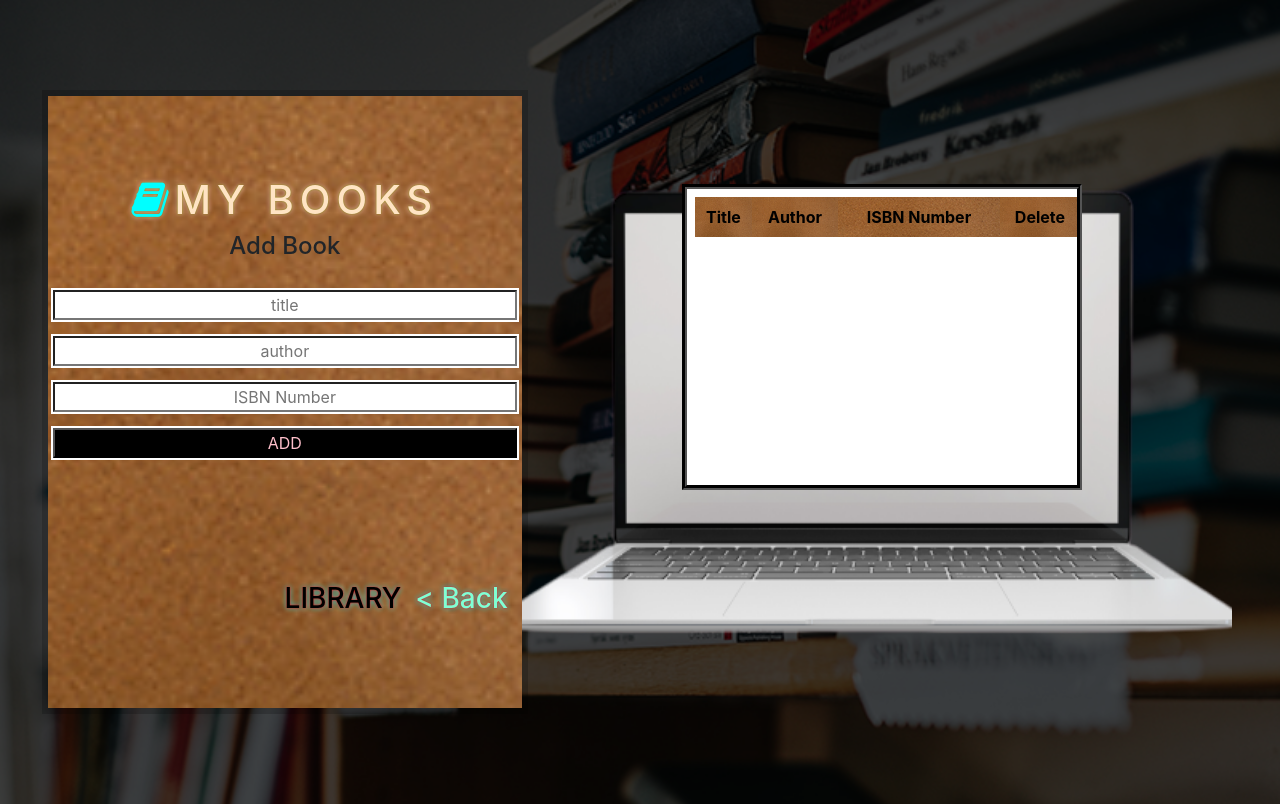
Repository: CSituma/Home-Library-App
Page: libu.html
An editor plug-in stored every save of this project. The page is shown before and after the next save, followed by the edit.
The browser window is 1280 px wide. The pictures show the whole page.
Backgrounds fixed to the window are drawn as part of the page. Some web libraries are served in a nearby version.

Above is the page before, as saved 2020-11-10 21:34:20.

### libu.html
<!DOCTYPE html>
<html lang="en">
<head>
    <meta charset="UTF-8">
    <meta name="viewport" content="width=device-width, initial-scale=1.0">
    <meta http-equiv="X-UA-Compatible" content="ie=edge">
    <link rel="stylesheet" href="style.css">
    <link rel="stylesheet" href="https://cdnjs.cloudflare.com/ajax/libs/font-awesome/4.7.0/css/font-awesome.min.css"/>
<link rel="stylesheet" href="https://stackpath.bootstrapcdn.com/bootstrap/4.5.0/css/bootstrap.min.css" integrity="sha384-9aIt2nRpC12Uk9gS9baDl411NQApFmC26EwAOH8WgZl5MYYxFfc+NcPb1dKGj7Sk" crossorigin="anonymous"/>
<link rel="stylesheet" href="https://cdnjs.cloudflare.com/ajax/libs/animate.css/4.0.0/animate.min.css"/>
  <title>BOOK TRACKER</title>
</head>
<body>
    <div class="columns">
        <div class="js">

            <h1><i class="fa fa-book"></i>MY BOOKS</h1>
                        <h4>Add Book</h4>
            <form id="form">
                <input type= "text" id= "title"  placeholder="title">
                <input type= "text" id= "author" placeholder="author" >
                <input type= "text" id= "number" placeholder="ISBN Number">
                <input type= "submit"id= "button" value="ADD">
            </form>
        <h3> <a href= "./index.html"> < Back </a></h3>
        <h3 id="libur"> <a href= "#storage"> LIBRARY</a></h3>

        </div>
        <div class="storage" id="storage" >
              <div class="storage_items">
        <table id="table">
            <thead>
                <tr>
                <th id="title">Title</th>
                <th>Author</th>
                <th>ISBN Number</th>
                <th>Delete</th>
                </tr>
                </thead>
                <tbody class="Booklist" id="booklist">
                </tbody>
            </table>
            </div>
        </div>
</div>
    <script src="lib.js"></script>
 </body>
 </html>

### style.css
/*homepage//////////////*/
body,
html {
  max-width: 100%;
  margin: 0;
  padding: 0;
  max-height: 100%;
  background: url("./images/sandra-seitamaa-qkIWnKtGhg4-unsplash.jpg")
    center/cover no-repeat fixed;
}

.container {
  margin: 10em 20em 20em 20em;
  height: 400px;
  width: 40%;
  background-color: rgba(146, 116, 15, 0.445);
  text-align: center;
}

.lol {
  padding-top: 5em;
  font-weight: 800;
  font-style: italic;
}
span {
  color: yellow;
  font-weight: 400;
}
#lolone {
  color: ghostwhite;
}

h3 {
  padding-top: 4em;
  float: right;
  margin-right: 0.5em;
  font-weight: 900;
  font-size: 2rem;
  text-shadow: 0 0 3px #FF0000, 0 0 5px aqua;
}

h3 a {
  text-decoration: none;
 color: aquamarine;

}

h3 a:hover {
  text-decoration: none;
  color: burlywood;
}

#you {
  padding: 1rem;
  color: gold;
}

/*library////////////////*/
.columns {
  display: flex;
  justify-content: space-between;
  max-width: 100%;
  max-height: 100%;
  background: rgba(0, 0, 0, 0.692);

}
h1{
  letter-spacing: 6px;
  text-shadow: 0 0 3px olive, 0 0 5px pink;
  padding-top:2em;
  margin: 0;
  color: bisque;

}
table {
  background: black;
  width: 100%;
  margin:0.5em;
  margin-left:0.2em;
  text-align: center;
  color:white;

}


td{
  margin: 2em;
}
tr{
  border-left: white 5px solid;
  height: 40px;
}
th {
  color: black;
  background:url('./images/josephine-bredehoft-KsAo8ouBn8A-unsplash.jpg') center/cover no-repeat;
  outline: none;
}
tbody tr:nth-child(odd){
  background:white;
 color: olive;
}
tbody tr:nth-child(odd):hover {
  box-shadow: 0 0 0 2px white;

}
tbody tr:nth-child(even){
background:black;

}
tbody tr:nth-child(even):hover{
  box-shadow: 0 0 0 2px gray;
}

 .fa {
   color:aqua;
 }
 .fa:hover{
   font-size:1.3em;
 }
form {
  padding: 0.3em;
  margin-top: 1em;
}

form input {
  width: 100%;
  margin: 0.5em 0;
  -webkit-box-shadow: 0 0 0 2px white;
  box-shadow: 0 0 0 2px white;
}

:placeholder-shown {
  text-align: center;
}

#button {
  color: pink;
  background-color: black;
}

/*/////////////////////////////////*/
.storage_items {

  background-color: white;
  width:100%;
  max-height: 70%;
  margin-left: 8em;
  margin-top: 5em;
  margin-bottom: 2em;
  border: rgb(0, 0, 0) 5px solid;
  border-style: groove;
  padding-bottom: 15em;
  overflow: scroll;
  scroll-behavior: smooth;
  scrollbar-width: 2px;
}
.storage {
  background:url("./images/1463-removebg-preview.png") center/cover no-repeat;
  width: 60%;
  height: 85vh;
  margin: 6em 3em 6em 0;
  border-radius: 3px;

}
.js {
  -webkit-box-shadow: 0 0 0 6px rgba(0, 0, 0, 0.191);
  box-shadow: 0 0 0 6px rgba(0, 0, 0, 0.191);
  text-align: center;
  width: 40%;
  margin: 6em 0em 6em 3em;
  background: url("./images/josephine-bredehoft-KsAo8ouBn8A-unsplash.jpg")
    center/cover no-repeat;
}
#libur a{
 float: left;
 margin-left: 0;
 margin-left: 2em;
  color:black;
}
@media screen and (max-width:1000px) {
  .storage{
    margin-right: 0;

    background: url("./images/719-removebg-preview.png") center/cover no-repeat;
  }
  .storage_items{
    margin:0;
    font-size: 13px;
   border: 10px solid black;
   border-radius: 45px;
   border-bottom-right-radius:5px;
   border-bottom-left-radius:5px;
   border-top-right-radius:15px;

   padding:0;
   padding-bottom: 15em;

}

.js{
  margin: 0;}


}

@media screen and (min-width:1000px) {

 .storage_items{
  max-height: 60%;
    background-color: white;
    width: 400px;
    height: 50%;
    margin-left: 10em;
    margin-top: 5.5em;

  }


 }

 @media screen and (max-width:800px)
 {
  .storage{
    background: url("./images/719-removebg-preview.png") center/cover no-repeat;
  }
  .storage_items{
    margin:0;
    font-size: 13px;
   border: 10px solid black;
   border-radius: 45px;
   border-bottom-right-radius:5px;
   border-bottom-left-radius:5px;
   border-top-right-radius:15px;
   padding:0;
   padding-bottom: 15em;

}
.columns{
  flex-direction: column;
}
.js{
  width:100%;
  padding: 0 5em;
 }

 }

### lib.js
// Book Class: Represents a Book
class Book {
  constructor(title, author, isbn) {
    this.title = title;
    this.author = author;
    this.isbn = isbn;
  }
}

// UI Class: Handle UI Tasks
class UI {
//display Books.//
static displayBooks () {
 const books = Store.getBooks();
 books.forEach(((book) =>
  UI.addBookToList(book)));
}


//addbooks
static addBookToList(book) {

const bookList = document.querySelector('#booklist');
const row = document.createElement('tr');

row.innerHTML= `<td>${book.title} </td>
               <td>${book.author}</td>
               <td>${book.isbn}</td>
              <td><i class="fa fa-trash-o"></i></td>`;

bookList.appendChild(row);

}


//deletebooks
static deleteBook(el){
 if(el.classList.contains('fa')){
   el.parentElement.parentElement.remove();
  }}

////show alert msg
static showAlert(message, className){
const div = document. createElement('div');
div.className = `alert alert-${className}`;
div.appendChild(document.createTextNode(message));
const button = document.getElementById('button');
const form = document.getElementById('form');


form.insertBefore(div, button);


//message vanishing//

setTimeout(() => {
  document.querySelector('.alert').remove();
}, 3000);

}

//clear fields//

static clearFields() {
  document.querySelector('#title').value = '';
  document.querySelector('#author').value = '';
  document.querySelector('#number').value = '';
}

}

///Events:
/* 1. Display Books */

document.addEventListener('DOMContentLoaded', UI.displayBooks);

/* 2. Add Books*/
document.querySelector("#form").addEventListener('submit',(e) =>
{
e.preventDefault();
///get form values//
const title = document.querySelector('#title').value;
const author = document.querySelector('#author').value;
const isbn = document.querySelector('#number').value;

  // Validate
 if(title ===''|| author===''|| isbn===''){
   UI.showAlert('Please fill in the Form', 'danger')
 }
else{
  //instantiate Book
  const book = new Book(title,author,isbn);

//////Adding
UI.addBookToList(book);

Store.addBook(book);

///Show Sucess Message
UI.showAlert('Added', 'success');
//Clearfields
UI.clearFields();


 }
}
);


/////3. Remove BOOK////
document.querySelector('#booklist').addEventListener('click', (e)=>{
e.preventDefault();
//deleting from UI

UI.deleteBook(e.target);
///deleting from Store
Store.removeBook(e.target.parentElement.previousElementSibling.textContent);
//Message
UI.showAlert('Book Deleted', 'danger');

}
);

///localStorage
class Store{
  static getBooks(){
    let books;
   if (localStorage.getItem('books') === null){
     books = [];
   }
   else {
     books = JSON.parse(localStorage.getItem('books'));
   }
   return books;
  }

  static addBook(book){
    const books= Store.getBooks();
    books.push(book);
   localStorage.setItem('books',JSON.stringify(books));
  }
  static removeBook(isbn) {
    const books = Store.getBooks();

    books.forEach((book, index) => {
      if(book.isbn === isbn) {
        books.splice(index, 1);
      }
    });
    localStorage.setItem('books', JSON.stringify(books));
  }
}

After the next save:
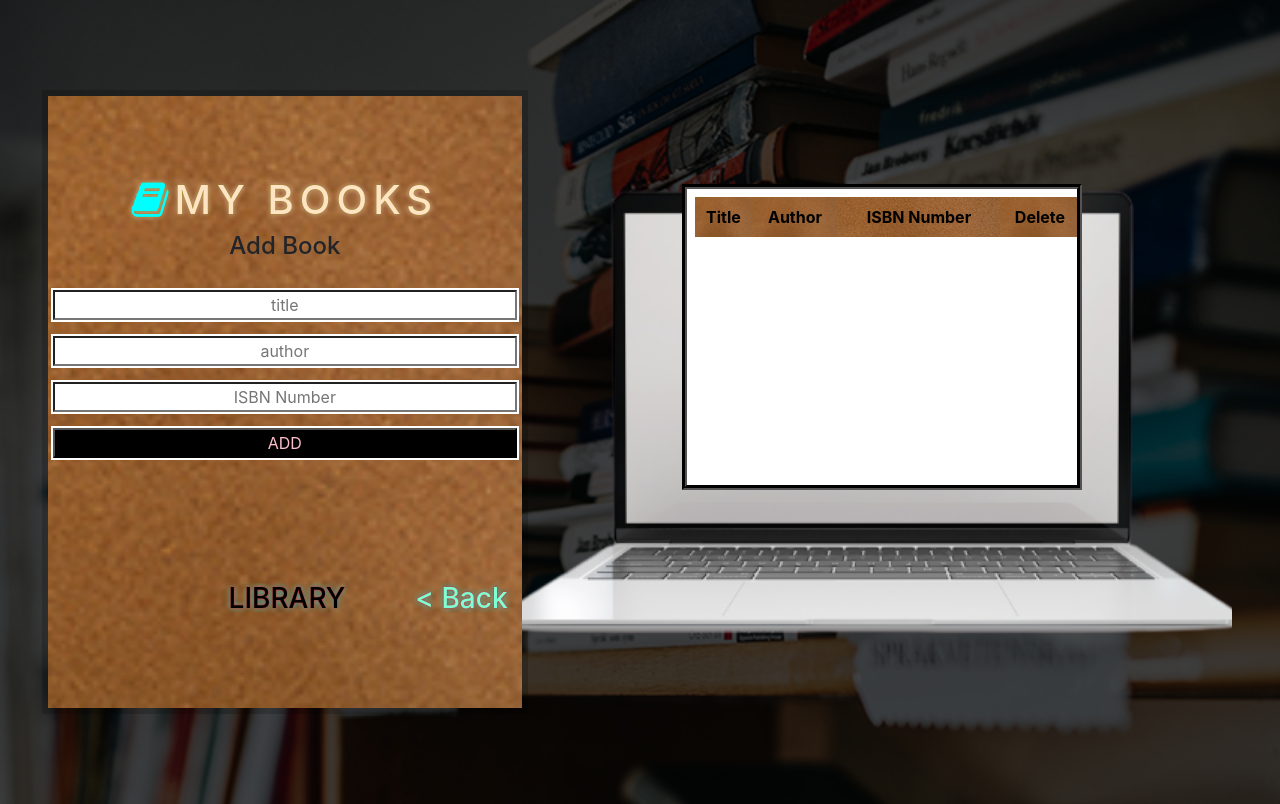
Saved 8 s later.
--- a/style.css
+++ b/style.css
@@ -174,7 +174,7 @@ form input {
 #libur a{
  float: left;
  margin-left: 0;
- margin-left: 2em;
+ margin-right: 2em;
   color:black;
 }
 @media screen and (max-width:1000px) {
